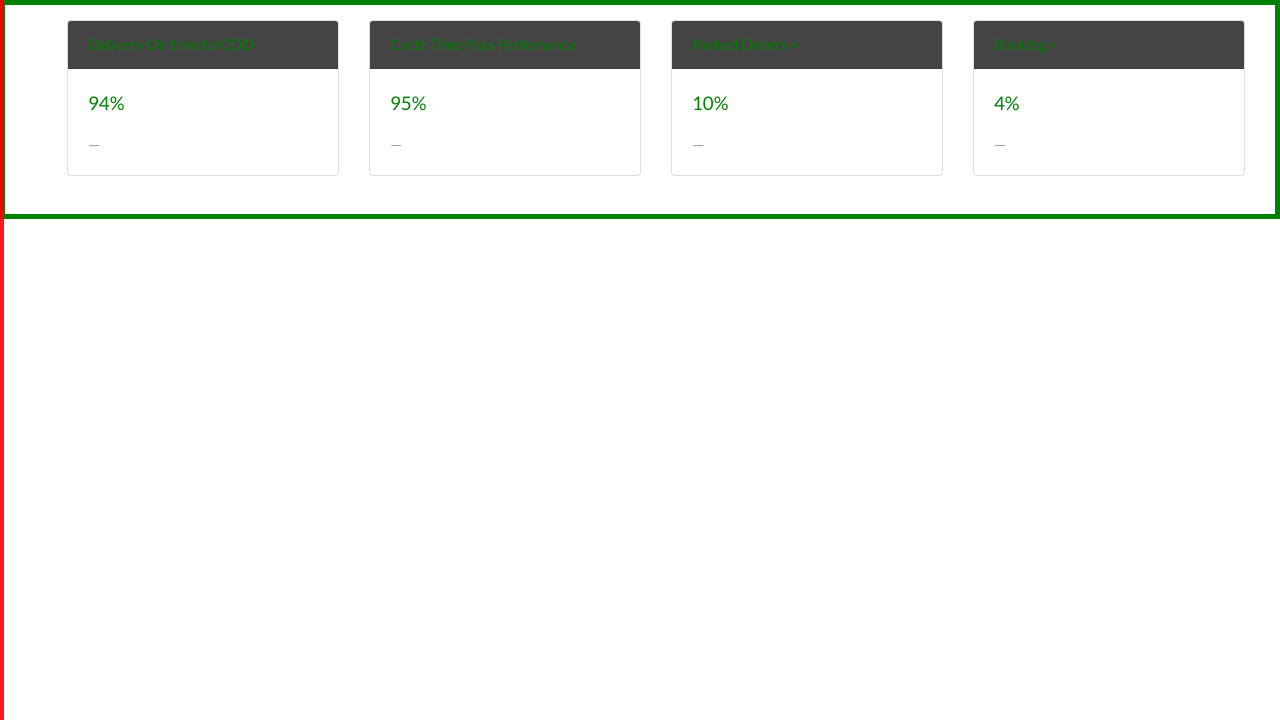
Repository: valenovi76/Delivery-Dashboard
Page: Index.html
The author's editor kept a record of every edit. The page is drawn from the files as they stood at one moment, then again after the next edit.
The browser window is 1280 px wide. The pictures show the whole page.
Some icons come from a web library that is not loaded, so they are not drawn.

Above is the page before.
Console error: TypeError: Cannot read properties of null (reading 'textContent')

After the next edit:
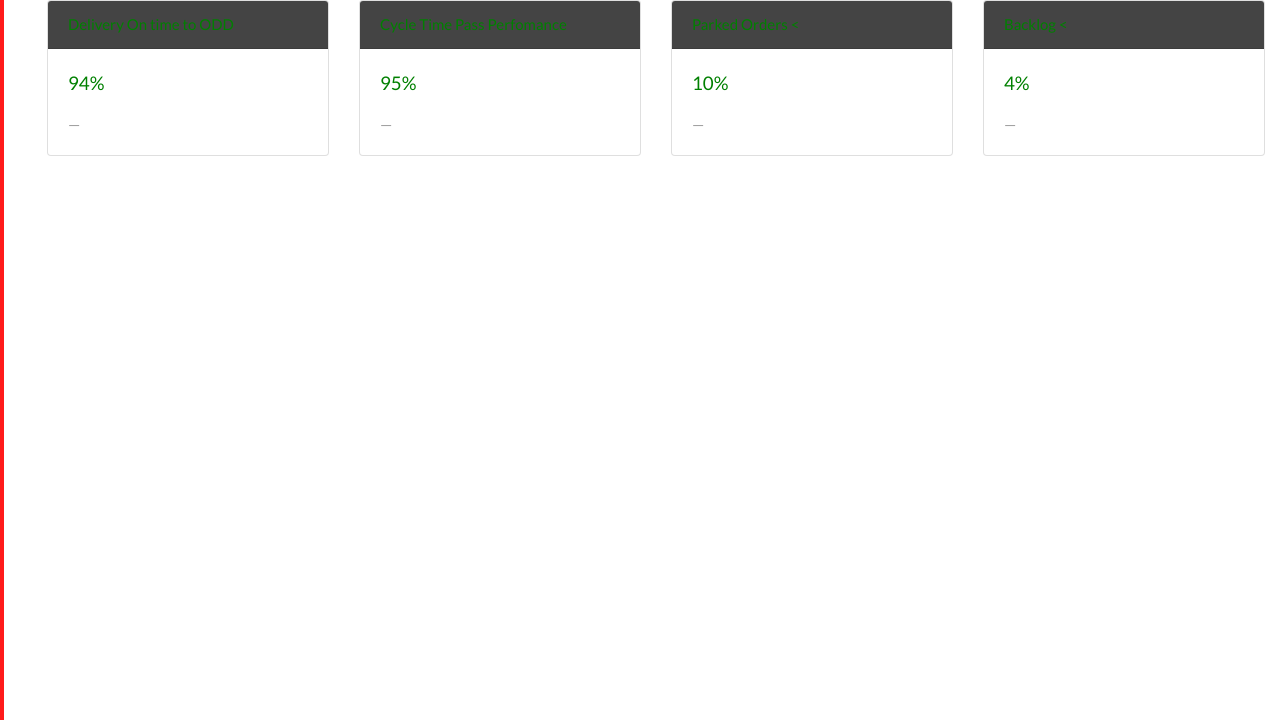
The edit:
--- a/Index.html
+++ b/Index.html
@@ -34,7 +34,7 @@
 
 
 
-          <div id= "content-wrapper">
+          <div id= "page-content-wrapper">
                 <div class="container-fluid">
                 <div class="row">KPIS
 
